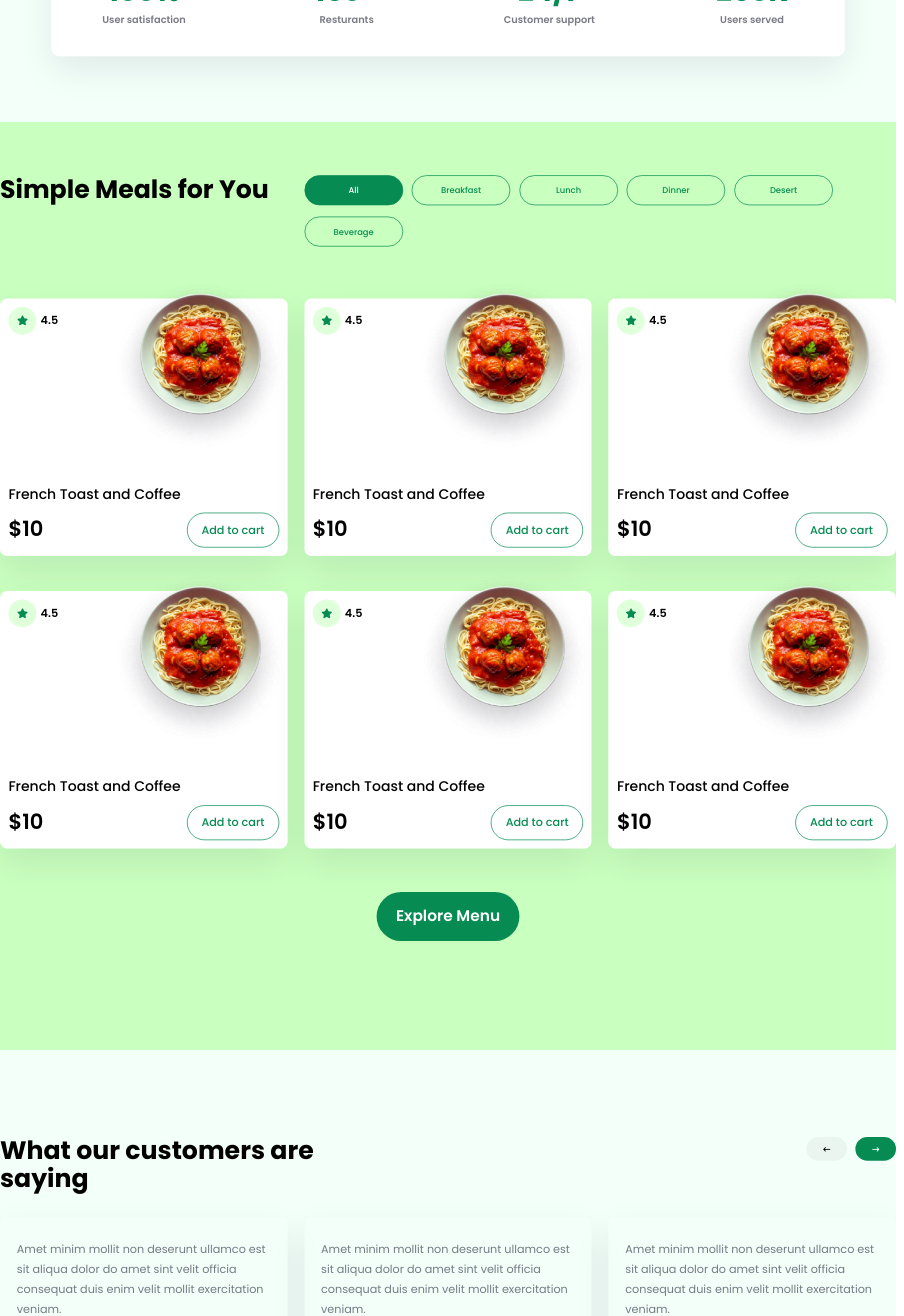
Repository: nguyennam1029/balbal
Page: index.html
An editor plug-in stored every save of this project. The page is shown before and after the next save, followed by the edit.
The browser window is 1280 px wide. The page is 1292 px wide, so the pictures cover 1292 px, including what lies to the right of the window. The pictures show the part of the page from y = 976 to 2856 px (the page is 4194 px tall before and 4135 px after), at 70% of full size.
Some web libraries are served in a nearby version.

Above is the page before, as saved 2022-07-07 23:31:55.

After the next save:
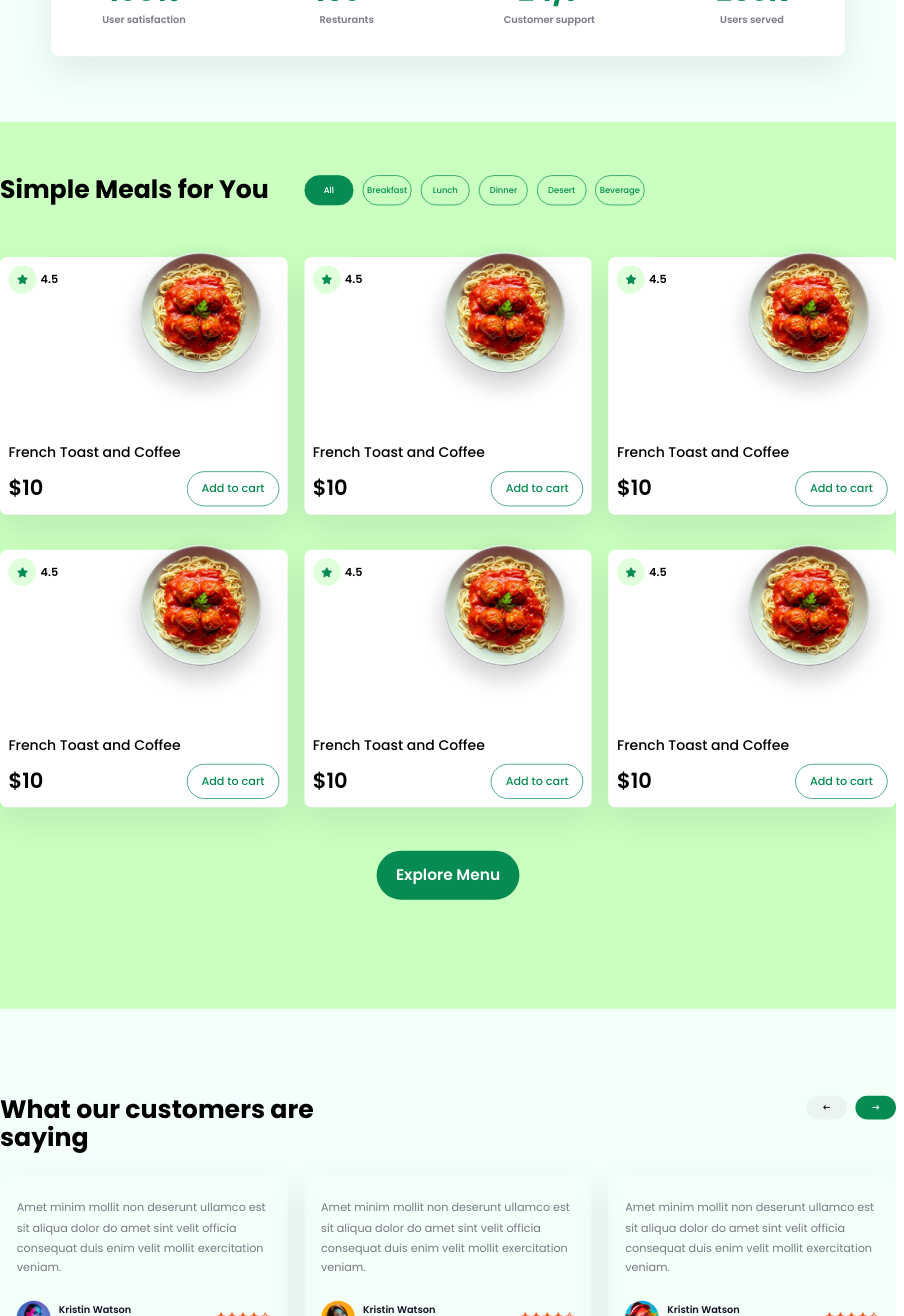
Saved 11 s later.
--- a/index.html
+++ b/index.html
@@ -114,12 +114,12 @@
               </div>
               <!-- <div class="col l-8 m-12 c-12"> -->
               <ul class="tab-list col l-8 m-12 c-12">
-                <li class="tab-item active l-2 m-3 c-4">All</li>
-                <li class="tab-item l-2 m-3 c-4">Breakfast</li>
-                <li class="tab-item l-2 m-3 c-4">Lunch</li>
-                <li class="tab-item l-2 m-3 c-4">Dinner</li>
-                <li class="tab-item l-2 m-3 c-4">Desert</li>
-                <li class="tab-item l-2 m-3 c-4">Beverage</li>
+                <li class="tab-item active l-1 m-3 c-4">All</li>
+                <li class="tab-item l-1 m-3 c-4">Breakfast</li>
+                <li class="tab-item l-1 m-3 c-4">Lunch</li>
+                <li class="tab-item l-1 m-3 c-4">Dinner</li>
+                <li class="tab-item l-1 m-3 c-4">Desert</li>
+                <li class="tab-item l-1 m-3 c-4">Beverage</li>
               </ul>
               <!-- </div> -->
             </div>
